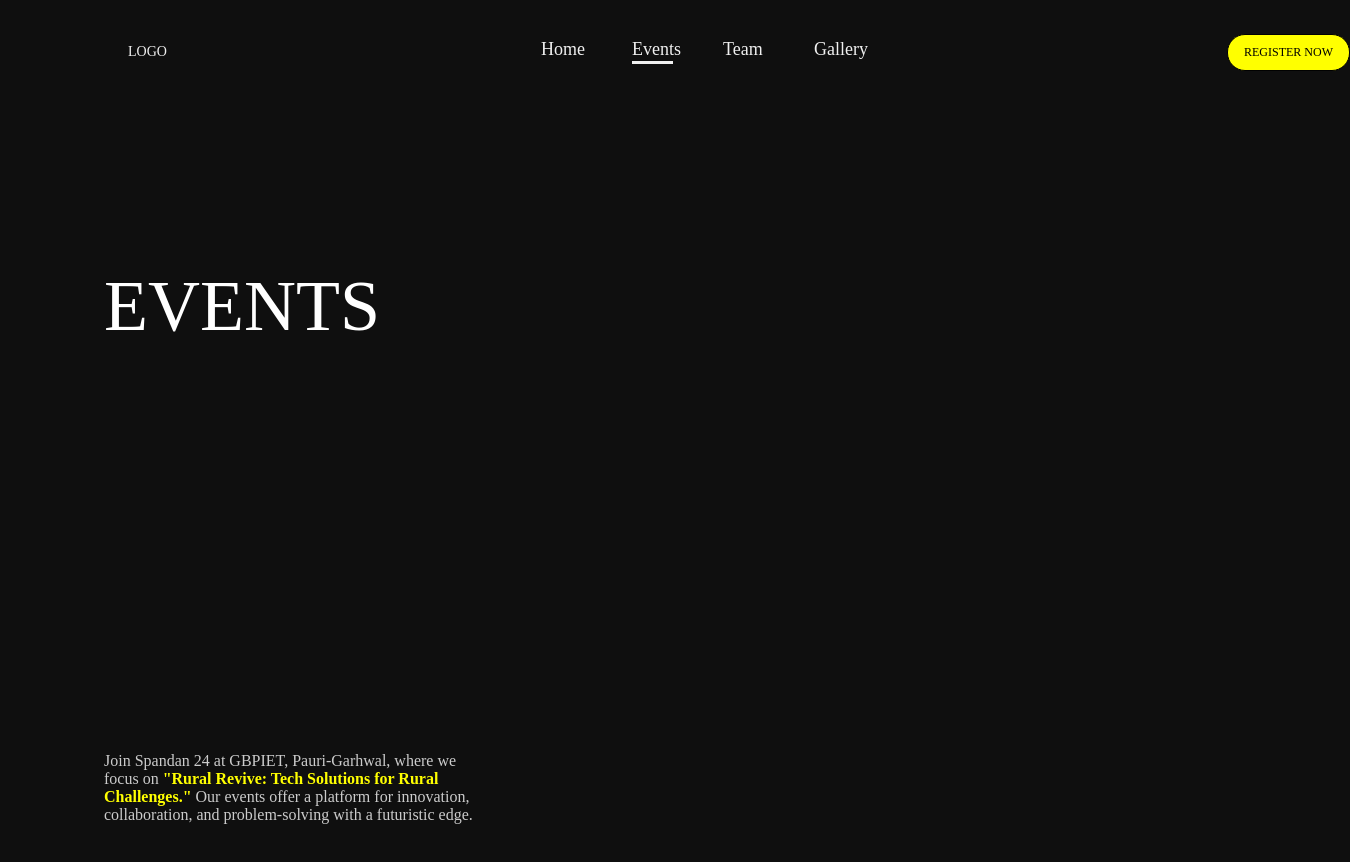
Repository: s4bbi/spandan-3.0
Page: /
An editor plug-in stored every save of this project. The page is shown before and after the next save, followed by the edit.
The browser window is 1280 px wide. The page is 1350 px wide, so the pictures cover 1350 px, including what lies to the right of the window. The pictures show the whole page.
The project was rebuilt for these pictures with package versions that can differ from the ones it lists, and the page was loaded fresh each time. Also part of the build but not shown: vite.config.js, src/pages/Events/Events.jsx.

Above is the page before, as saved 2024-11-02 02:32:33.

### src/App.jsx
import React from 'react'
import Navbar from './components/Navbar/Navbar'
import { Route, Routes } from 'react-router-dom'
import Home from  './pages/Home/Home'
import Events from  './pages/Events/Events'


const App = () => {
  return (
    <div className='app'>
      <Navbar/>
      { <Routes>
        <Route path="/" element={<Home />} />
        <Route path="Events" element={<Events />} />
      </Routes> }
    </div>
  )
}

export default App

### src/components/Navbar/Navbar.jsx
import React, {useState} from 'react'
import './Navbar.css'
// import {assets} from'../../assets/assets'
const Navbar = () => {

  const [menu,setMenu] = useState("Events");
  return (
    <div className='navbar'>
        <h1 className="logo">LOGO</h1>
        <ul className="navbar-menu">
            <li onClick={()=>setMenu("Home")} className={menu=="Home"?"active":""}>Home</li>
            <li onClick={()=>setMenu("Events")} className={menu=="Events"?"active":""}>Events</li>
            <li onClick={()=>setMenu("Team")} className={menu=="Team"?"active":""}>Team</li>
            <li onClick={()=>setMenu("Gallery")} className={menu=="Gallery"?"active":""}>Gallery</li>
        </ul>


        <button>REGISTER NOW</button>
     </div>

  )
}

export default Navbar

### src/pages/Home/Home.jsx
import React from 'react'
import HeroSection from '../../components/HeroSection/HeroSection'

const Home = () => {
  return (
    <div>
      {<HeroSection/>}
    </div>
  )
}

export default Home

### src/components/Navbar/Navbar.css
.navbar{
    width: 1222px;
    height: 37px;
    margin-top: 34px;
    margin-left: 128px;
    border-radius: 20px 0px 0px 0px;
    display: flex;
    justify-content: space-between;
    align-items: center;
}

.logo{
    width: 41px;
    height: 17px;
    font-family: Gilroy-Light;
    font-size: 14px;
    font-weight: 400;
    line-height: 16.8px;
    text-align: left;
    color:#F0F0F0;
   }

.navbar-menu{
    display:flex;
    list-style:none;
    gap:50px;
    color:#F0F0F0;
    ;
   }

.navbar button{
    background:transparent;
    font-size: 12px;
    background-color:#FFFF00;
    font-family: Gilroy-SemiBold;
    border: 1px solid #010101;
    ;
    padding: 10px 16px 10px 16px;
    border-radius: 18px 18px 18px 18px;
    cursor: pointer;}
    /* transition: 0.3s; */
    /* width: Hug (132px)px; */
 /* height: Hug (37px)px;
top: 34px;
left: 1218px;
padding: 10px 16px 10px 16px;
} */

  .navbar button:hover{
    background-color:#FFFFFF;
    color: #e74c3c;
    }

  /* .navbar .active{
    padding-bottom: 3px;
    border-bottom: 3px solid #49557e;
}   */

.navbar .active {
    padding-bottom: 3px;
    border-bottom: 3px solid #F0F0F0;}
.navbar li{
    cursor: pointer;
    width: 41px;
    height: 17px;
    font-family: Gilroy-SemiBold;
    font-size: 18px;
    font-weight: 400;
    line-height: 17.15px;
    text-align: left;
}

### src/components/HeroSection/HeroSection.jsx
import React from 'react'
import "./HeroSection.css";
// import roboticHandImage from "../assets/eventsHand.webp";




const HeroSection = () => {
  return (
    <div>
      <section className="hero">
      <div className="hero-text">
        <h1 className="hero-title">EVENTS</h1>
        <p className="hero-description">
          Join Spandan 24 at GBPIET, Pauri-Garhwal, where we focus on <span className="highlight">"Rural Revive: Tech Solutions for Rural Challenges."</span> Our events offer a platform for innovation, collaboration, and problem-solving with a futuristic edge.
        </p>
      </div>
      {/* <img src={roboticHandImage} alt="Robotic Hand" className="hero-image" /> */}
    </section>
    </div>
  )
}

export default HeroSection

### src/components/HeroSection/HeroSection.css
.hero {
    display: flex;
    align-items: center;
    justify-content: space-between;
    /* padding-top: 50px;
    max-width: 1200px;
    margin: 192px; */
  }

  .hero-text {
    /* width: 50%; */
    color: white;
    padding-left: 104px;
  }

  .hero-title {
    width: 339px;
    height: 87px;
    padding-top: 192px;
    font-family: Mooner;
    font-size: 72px;
    font-weight: 400;
    line-height: 87.19px;
   }

  .hero-description {
    width: 385px;
    height: 110px;
    padding-top: 402px;



    color: #ccc;
  }

  .highlight {
    color: yellow;
    font-weight: bold;
  }

  .hero-image {
    width: 45%;
    max-width: 500px;
    height: auto;
  }

### public/style.css
*{
    margin:0px;
    padding:0px;
}

body{
    background-color: #0f0f0f;
}

Loaded but not shown: index.html (common file); src/main.jsx (common file); src/pages/Events/Events.css (no stored copy; drawn as an empty file)

After the next save:
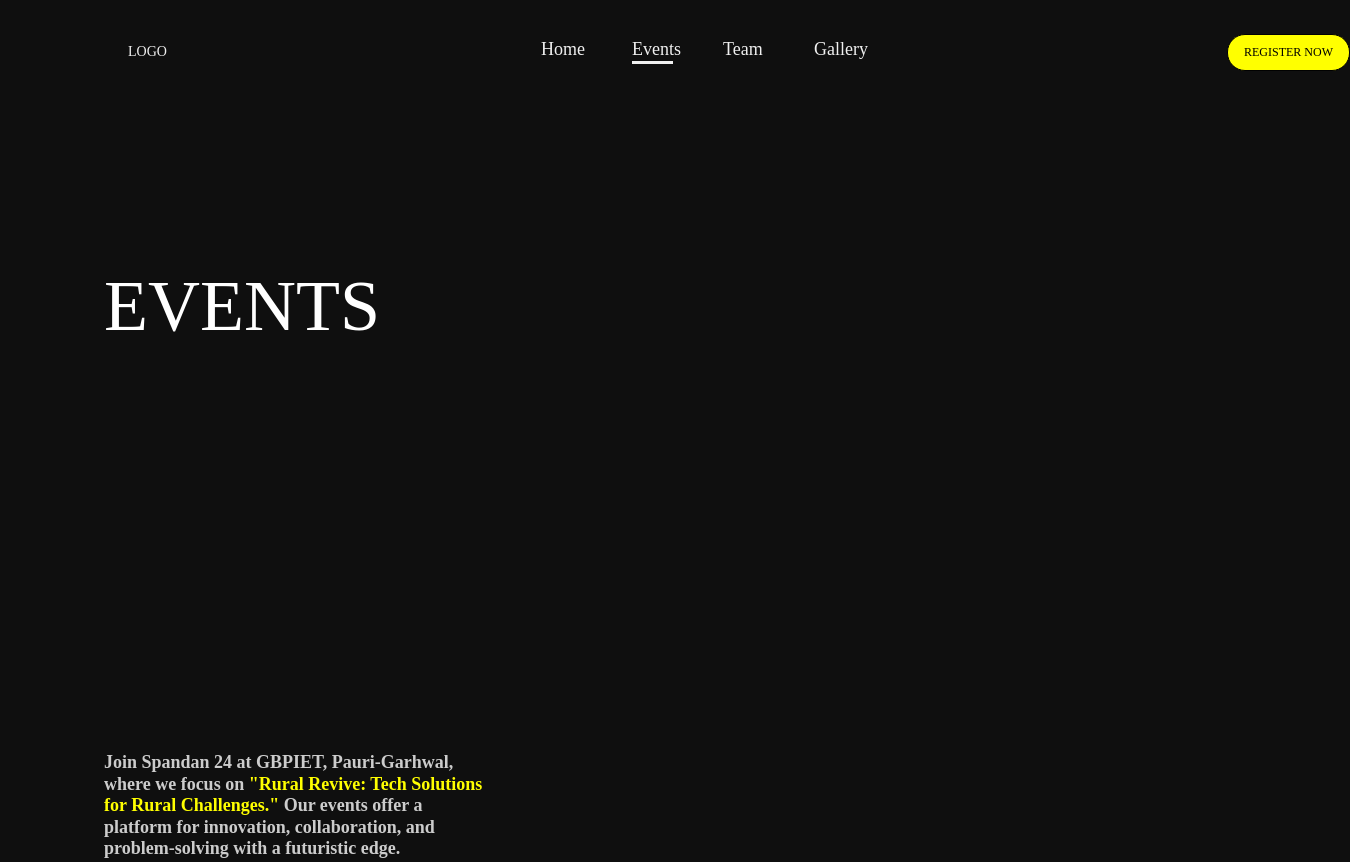
Saved 18 s later.
--- a/src/components/HeroSection/HeroSection.css
+++ b/src/components/HeroSection/HeroSection.css
@@ -27,6 +27,12 @@
     width: 385px;
     height: 110px;
     padding-top: 402px;
+    font-family: Exo 2;
+font-size: 18px;
+font-weight: 600;
+line-height: 21.6px;
+text-align: left;
+
 
 
 
